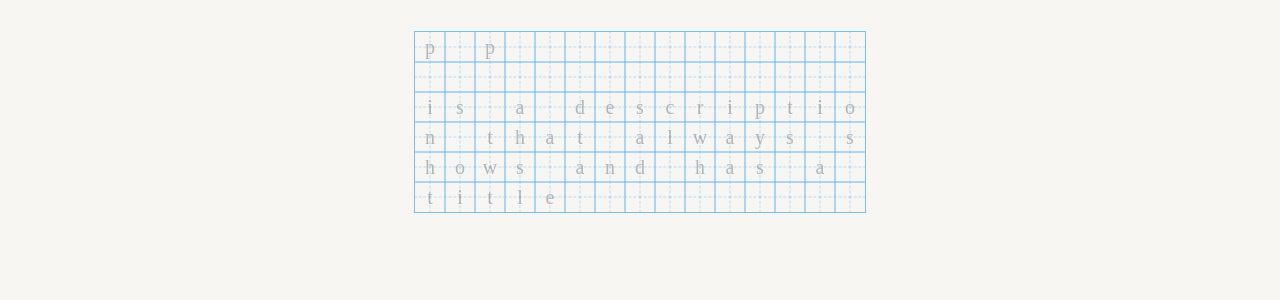
Repository: pyrcl090/p-p
Page: index.html
The author's editor kept a copy of each file at every save. The page is drawn from the files as they stood at one save, then again after a run of saves.
The browser window is 1280 px wide. The pictures show the whole page.
The page's requests for data from a server got no answer. Some web fonts or font styles are not loaded; a fallback is used.

Above is the page before, as saved 2025-04-19 23:37:23.

### index.html
<!DOCTYPE html>
<html lang="en">
<head>
    <meta charset="UTF-8">
    <meta name="viewport" content="width=device-width, initial-scale=1.0">
    <title>P</title>
    <link rel="stylesheet" href="style.css">
</head>
<body>

    <div class="grid-wrapper">
        <div class="grid-border" id="grid-border">
          <!-- JavaScript will populate .grid-item elements here -->
        </div>
      </div>

        <!-- <div class="grid-wrapper">
          <div class="grid-container"></div>
          <div class="overlay-grid"></div>
        </div> -->

        <script src="script.js" async defer></script>
</body>
</html>

### style.css
@font-face {
  font-family: 'HMP';
  src: url("./assets/hiragino-maru-gothic-pron-w4.otf") format("truetype");
}

a {
  color: rgb(167, 151, 0);
  opacity: .5;
}

html, body {
  background-color: rgb(247, 246, 242);
  margin: 0;
  padding: 0;
  font-family: 'HMP';
}

body {

}

.grid-wrapper {
  padding: 2em;
  display: flex;
  justify-content: flex-start;
  align-items: center;
  flex-direction: column;
  width: 100%;
  min-height: 100vh;
  box-sizing: border-box;
}

.grid-border {
  display: flex;
  flex-direction: column;
  align-items: center;
  gap: 2em;
}

/* Inner container holding grid + overlay */
.grid-wrapper-inner {
  position: relative;
  display: inline-block;
  line-height: 0;
}

/* Grid background */
.grid-columns-rows {
  display: grid;
  grid-template-columns: repeat(15, 30px);
  grid-auto-rows: 30px;
  gap: 0;
  outline: 1px solid rgb(88, 181, 253);
  pointer-events: none;
  z-index: 1;
}

/* Each subcell (quad layout) */
.grid-columns-rows .grid-item {
  display: grid;
  grid-template-columns: repeat(2, 1fr);
  grid-template-rows: repeat(2, 1fr);
  width: 30px;
  height: 30px;
  outline: 0.5px solid rgb(88, 181, 253);
  opacity: 0.6;
}

.sub-cell {
  outline: 0.15px dashed rgb(88, 181, 253);
  opacity: 0.4;
  width: 100%;
  height: 100%;
}

/* Overlaid text */
.grid-content {
  display: grid;
  grid-template-columns: repeat(15, 30px);
  grid-auto-rows: 30px;
  gap: 0;
  position: absolute;
  top: 0;
  left: 0;
  z-index: 2;
}

.overlay-item {
  width: 30px;
  height: 30px;
  font-size: 20px;
  text-align: center;
  display: flex;
  justify-content: center;
  align-items: center;
  font-family: 'HMP';
  color: rgba(113, 113, 113, 0.6);
  line-height: 1;
  white-space: nowrap;
  pointer-events: auto;
}

.grid-image {
  width: 100%;  /* Ensure it fills the available width of the wrapper */
  display: block;  /* Block display to avoid inline issues */
  object-fit: contain;  /* Maintain aspect ratio and fit within the container */
  max-height: calc(30px * 10);  /* Ensure the image doesn't exceed the height of 5 rows */
  margin: 0; /* Remove any default margin */
  opacity: .9;
}

.grid-image-wrapper {
  display: flex;  /* Flexbox enables easy alignment of the image */
  justify-content: flex-start;  /* Default alignment to center, you can change it via JS */
  align-items: flex-start;  /* Vertically center the image */
  width: 100%;  /* Make sure it spans the full width of the grid column */
  height: calc(30px * 5);  /* Ensure it takes up exactly 5 rows in height */
}

.grid-item {
  display: flex;
  flex-direction: column;
  width: fit-content;
  opacity: .8;
}

.grid-item.channel-name {
  cursor: pointer;
}

.grid-item.channel-content {
  display: none;
}
/* .content-separator {
  grid-column: span 15;
  height: 30px;
} */

### script.js
const channels = [
  'p-pp-vz1bkeezvp0',
  'read-re_d-rode',
  'putaiinnnnn'
];

const menuItems = [
  {
    title: 'p p',
    content: '                          is a description that always shows and has a title'
  }
];

const gridBorder = document.getElementById('grid-border');
const cols = 15;
const cellSize = 30;
let currentlyOpenId = null;
const loadedChannels = new Set();

function createGridStructure(numItems) {
  const grid = document.createElement('div');
  grid.className = 'grid-columns-rows';
  const rows = Math.ceil(numItems / cols);
  const totalCells = rows * cols;

  for (let i = 0; i < totalCells; i++) {
    const cell = document.createElement('div');
    cell.className = 'grid-item';

    for (let j = 0; j < 4; j++) {
      const sub = document.createElement('div');
      sub.className = 'sub-cell';
      cell.appendChild(sub);
    }

    grid.appendChild(cell);
  }

  return grid;
}

function createOverlayItem(char, isLink = false, href = '') {
  const div = document.createElement('div');
  div.className = 'overlay-item';

  if (isLink) {
    const a = document.createElement('a');
    a.href = href;
    a.target = '_blank';
    a.textContent = char;
    a.style.textDecoration = 'none';
    a.style.color = 'inherit';
    div.appendChild(a);
  } else {
    div.textContent = char;
  }

  return div;
}

function addTextBlock(text, container) {
  for (const char of text) {
    const div = createOverlayItem(char);
    container.appendChild(div);
  }

  const remainder = text.length % cols;
  if (remainder !== 0) {
    for (let i = 0; i < cols - remainder; i++) {
      container.appendChild(document.createElement('div'));
    }
  }
}

// ✅ New function to fetch all blocks across pages
async function fetchAllBlocks(slug) {
  let page = 1;
  let blocks = [];
  let hasMore = true;

  while (hasMore) {
    const res = await fetch(`https://api.are.na/v2/channels/${slug}?per=100&page=${page}`);
    const data = await res.json();
    blocks = blocks.concat(data.contents);
    hasMore = data.contents.length === 100;
    page++;
  }

  console.log(`Fetched ${blocks.length} blocks from channel: ${slug}`);
  return blocks;
}

async function fillChannelContent(contentEl, slug) {
  console.log('Filling channel content:', slug);

  try {
    const [channelMeta, blocks] = await Promise.all([
      fetch(`https://api.are.na/v2/channels/${slug}?per=1`).then(res => res.json()),
      fetchAllBlocks(slug)
    ]);

    let totalCells = 0;

    // ✅ Add channel description first (if any)
    if (channelMeta.metadata?.description) {
      console.log(`Channel description: ${channelMeta.metadata.description}`);
      addTextBlock(channelMeta.metadata.description, contentEl);
      totalCells += channelMeta.metadata.description.length;
      totalCells += (cols - (channelMeta.metadata.description.length % cols)) % cols;
    }

    for (const block of blocks) {
      console.log(`Block class: ${block.class}`, block);

      if (block.image?.display?.url) {
        const img = document.createElement('img');
        img.src = block.image.display.url;
        img.className = 'grid-image';

        const colSpan = 15;
        const rowSpan = 10;

        img.style.gridColumn = `span ${colSpan}`;
        img.style.gridRow = `span ${rowSpan}`;
        img.style.justifySelf = Math.random() > 0.5 ? 'flex-start' : 'flex-end';

        contentEl.appendChild(img);
        totalCells += colSpan * rowSpan;
      }

      if (block.file?.url) {
        const fileLink = document.createElement('a');
        fileLink.href = block.file.url;
        fileLink.target = '_blank';
        fileLink.textContent = `View file: ${block.file.name || 'Document'}`;
        contentEl.appendChild(fileLink);
        contentEl.appendChild(document.createElement('br'));

        totalCells += 2;
      }

      const text = block.content || block.title || block.body || '';
      if (text) {
        addTextBlock(text, contentEl);
        totalCells += text.length;
        totalCells += (cols - (text.length % cols)) % cols;
      }
    }

    const rowsNeeded = Math.ceil(totalCells / cols);
    const totalCellsNeeded = rowsNeeded * cols;
    console.log(`Total cells needed: ${totalCellsNeeded}`);

    const wrapper = contentEl.closest('.grid-wrapper-inner');
    const oldGrid = wrapper.querySelector('.grid-columns-rows');
    if (oldGrid) oldGrid.remove();

    const newGrid = createGridStructure(totalCellsNeeded);
    wrapper.insertBefore(newGrid, contentEl);

    loadedChannels.add(slug);
    console.log(`Finished rendering content for: ${slug}`);
  } catch (error) {
    console.error(`Error filling content for ${slug}:`, error);
  }
}

function toggleContent(id, slug) {
  const contentWrapper = document.getElementById(id);
  const contentItem = contentWrapper.closest('.channel-content');

  if (currentlyOpenId && currentlyOpenId !== id) {
    const prevWrapper = document.getElementById(currentlyOpenId);
    const prevItem = prevWrapper?.closest('.channel-content');
    if (prevItem) prevItem.style.display = 'none';
  }

  const isOpen = contentItem.style.display === 'block';

  if (isOpen) {
    contentItem.style.display = 'none';
    currentlyOpenId = null;
  } else {
    contentItem.style.display = 'block';
    currentlyOpenId = id;

    if (!loadedChannels.has(slug)) {
      fillChannelContent(contentWrapper, slug);
    }
  }
}

function createChannelItem(channelData, index) {
  const slug = channelData.slug;
  const title = channelData.title || `Channel ${index + 1}`;
  const contentId = `channel-content-${index}`;

  const nameItem = document.createElement('div');
  nameItem.className = 'grid-item channel-name';

  const grid = createGridStructure(title.length);
  const content = document.createElement('div');
  content.className = 'grid-content';

  for (const char of title) {
    const item = createOverlayItem(char);
    item.style.cursor = 'pointer';
    item.addEventListener('click', () => toggleContent(contentId, slug));
    content.appendChild(item);
  }

  const wrapper = document.createElement('div');
  wrapper.className = 'grid-wrapper-inner';
  wrapper.appendChild(grid);
  wrapper.appendChild(content);
  nameItem.appendChild(wrapper);
  gridBorder.appendChild(nameItem);

  const contentItem = document.createElement('div');
  contentItem.className = 'grid-item channel-content';
  contentItem.style.display = 'none';

  const contentGrid = createGridStructure(200); // Initial placeholder
  const contentOverlay = document.createElement('div');
  contentOverlay.className = 'grid-content';
  contentOverlay.id = contentId;

  const contentWrapper = document.createElement('div');
  contentWrapper.className = 'grid-wrapper-inner';
  contentWrapper.appendChild(contentGrid);
  contentWrapper.appendChild(contentOverlay);

  contentItem.appendChild(contentWrapper);
  gridBorder.appendChild(contentItem);
}

// ✅ Renders the always-visible menu with title and content
function renderMenu() {
  menuItems.forEach((menuData, index) => {
    const text = `${menuData.title}\n${menuData.content}`;
    const textLength = text.length;

    const menuItem = document.createElement('div');
    menuItem.className = 'grid-item channel-content';
    menuItem.style.display = 'block';

    const menuGrid = createGridStructure(textLength);
    const menuContent = document.createElement('div');
    menuContent.className = 'grid-content';

    addTextBlock(text, menuContent);

    const menuWrapper = document.createElement('div');
    menuWrapper.className = 'grid-wrapper-inner';
    menuWrapper.appendChild(menuGrid);
    menuWrapper.appendChild(menuContent);

    menuItem.appendChild(menuWrapper);
    gridBorder.appendChild(menuItem);
  });
}

// ✅ Initialize menu and channels
renderMenu();

channels.forEach((slug, index) => {
  fetch(`https://api.are.na/v2/channels/${slug}?per=1`)
    .then(res => res.json())
    .then(data => {
      data.slug = slug;
      createChannelItem(data, index);
    });
});

After the next 3 saves:
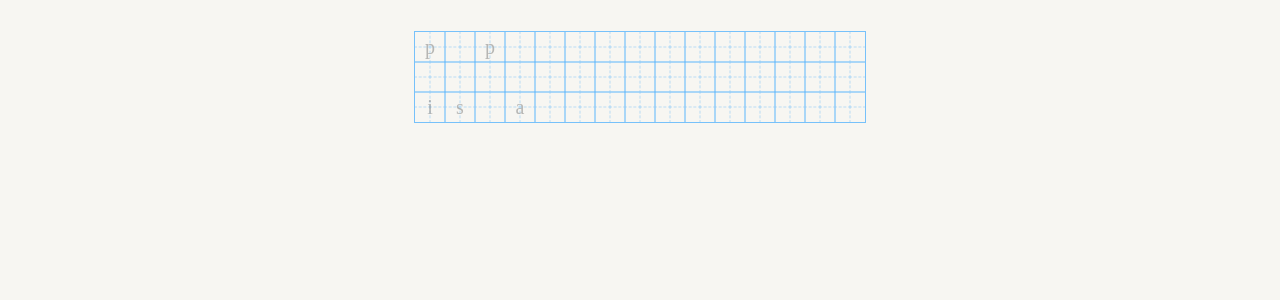
The 3 saves are shown as one change because they came seconds apart.
The last was saved 46 s later.
--- a/script.js
+++ b/script.js
@@ -7,7 +7,7 @@ const channels = [
 const menuItems = [
   {
     title: 'p p',
-    content: '                          is a description that always shows and has a title'
+    content: '                          is a '
   }
 ];
 
